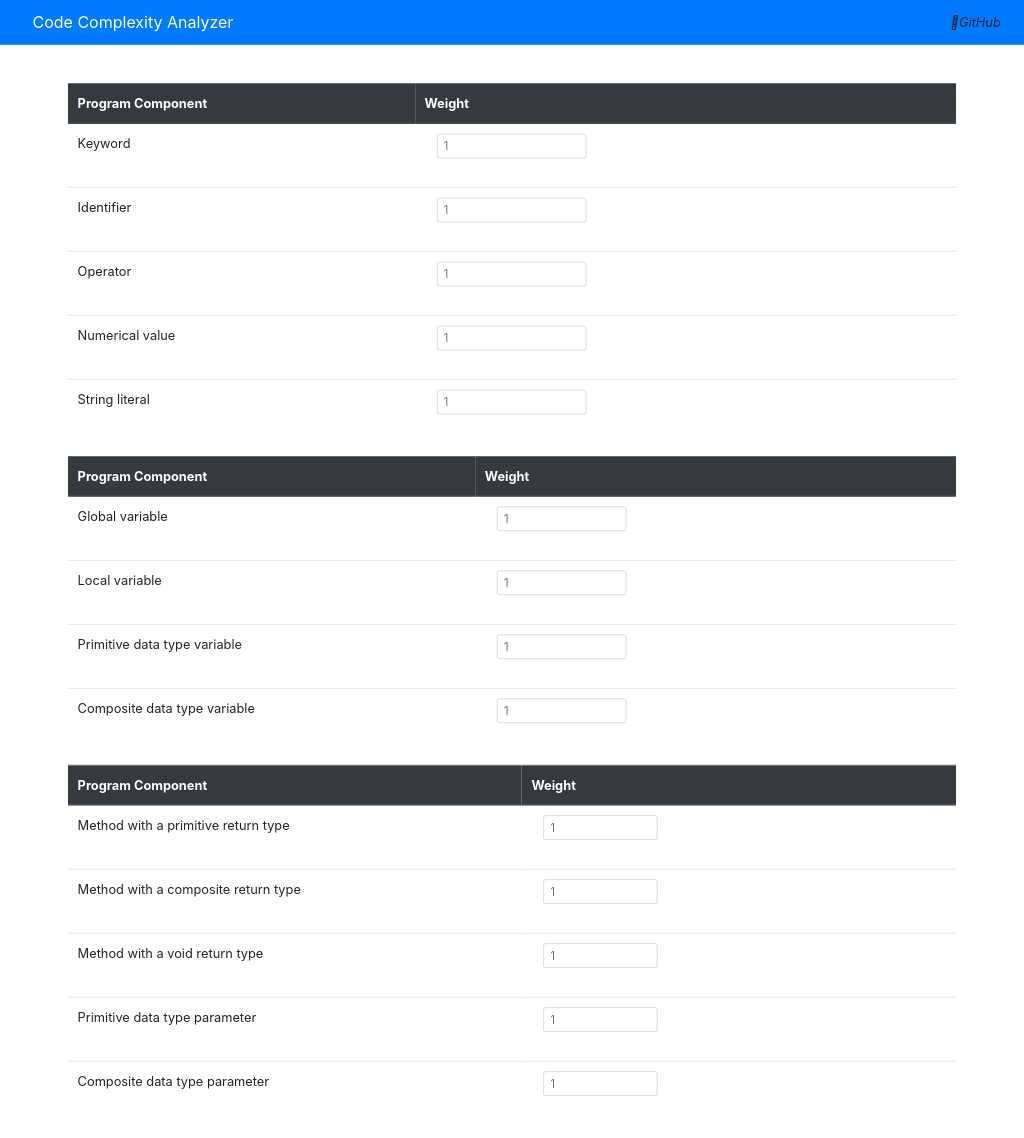
Repository: DinuwanB/Code-Complexity-Analyzer
Page: http://localhost/ITPM/Weight.jsp
An editor plug-in stored every save of this project. The page is shown before and after the next save, followed by the edit.
The browser window is 1280 px wide. The pictures show the whole page, at 80% of full size.
The page is served by Tomcat 9.

Above is the page before, as saved 2020-05-22 05:03:56.

After the next save:
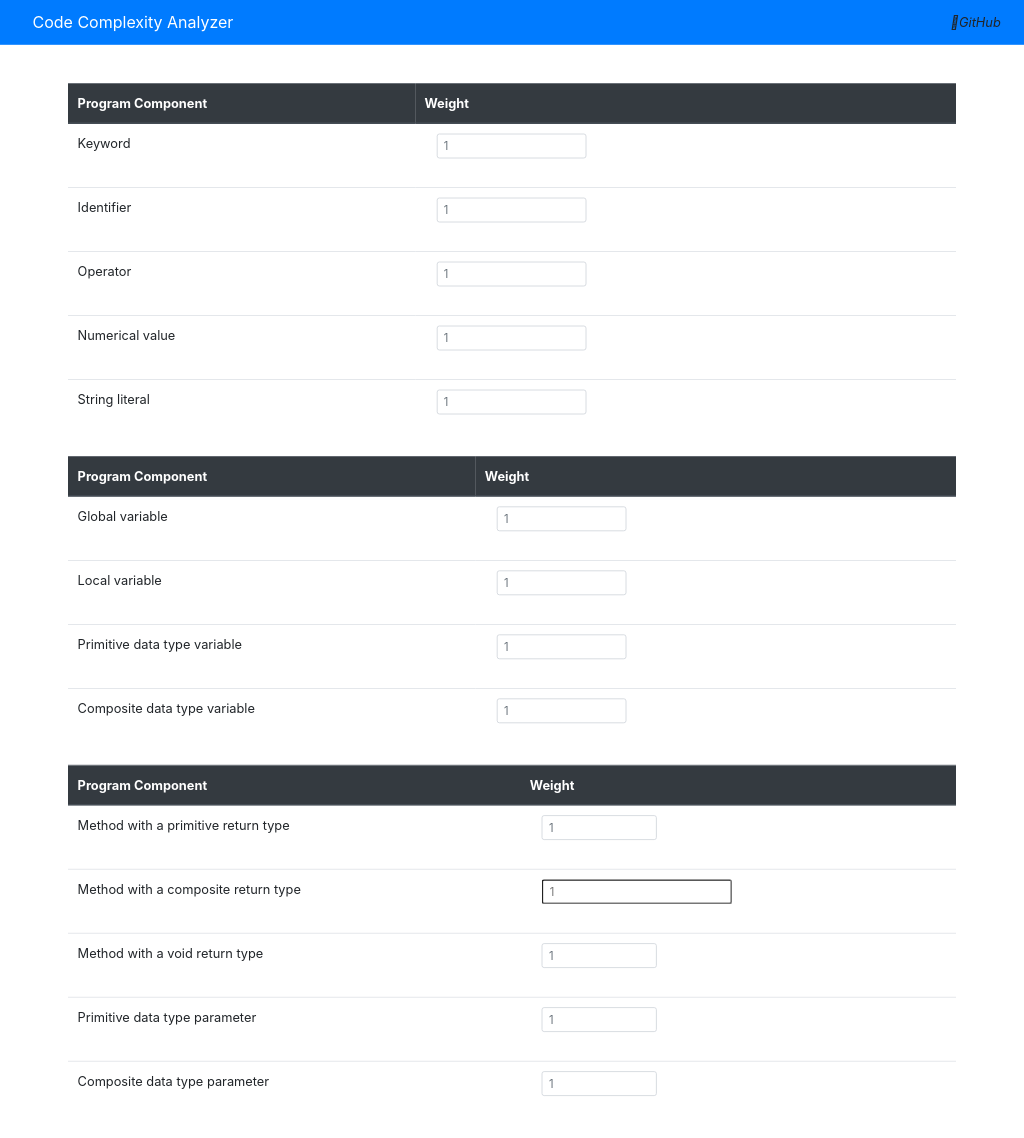
Saved 41 s later.
--- a/ITPM/src/main/webapp/Weight.jsp
+++ b/ITPM/src/main/webapp/Weight.jsp
@@ -155,7 +155,7 @@
      <td>
      <div class="col-auto col-md-4">
       <label class="sr-only" for="inlineFormInput">Weight</label>
-      <input type="text" class="form-control mb-4 form-control-sm" id="inlineFormInput" placeholder="1">
+      <input type="text" class=" mb-4 form-control-sm" id="inlineFormInput" placeholder="1">
       </div>
      </td>
     </tr>
